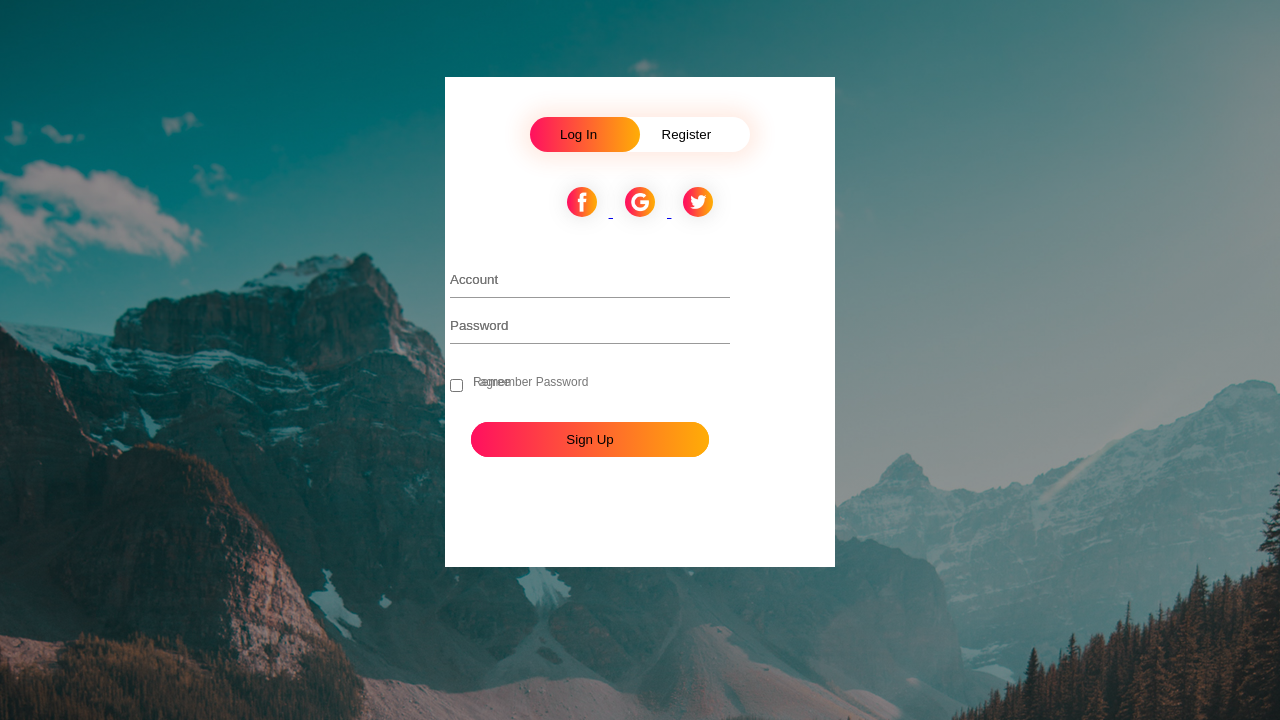
Repository: dung8466/Sign_in_page
Page: index.html
The author's editor kept a copy of each file at every save. The page is drawn from the files as they stood at one save, then again after the next save.
The browser window is 1280 px wide. The pictures show the whole page.

Above is the page before, as saved 2021-10-06 22:43:29.

After the next save:
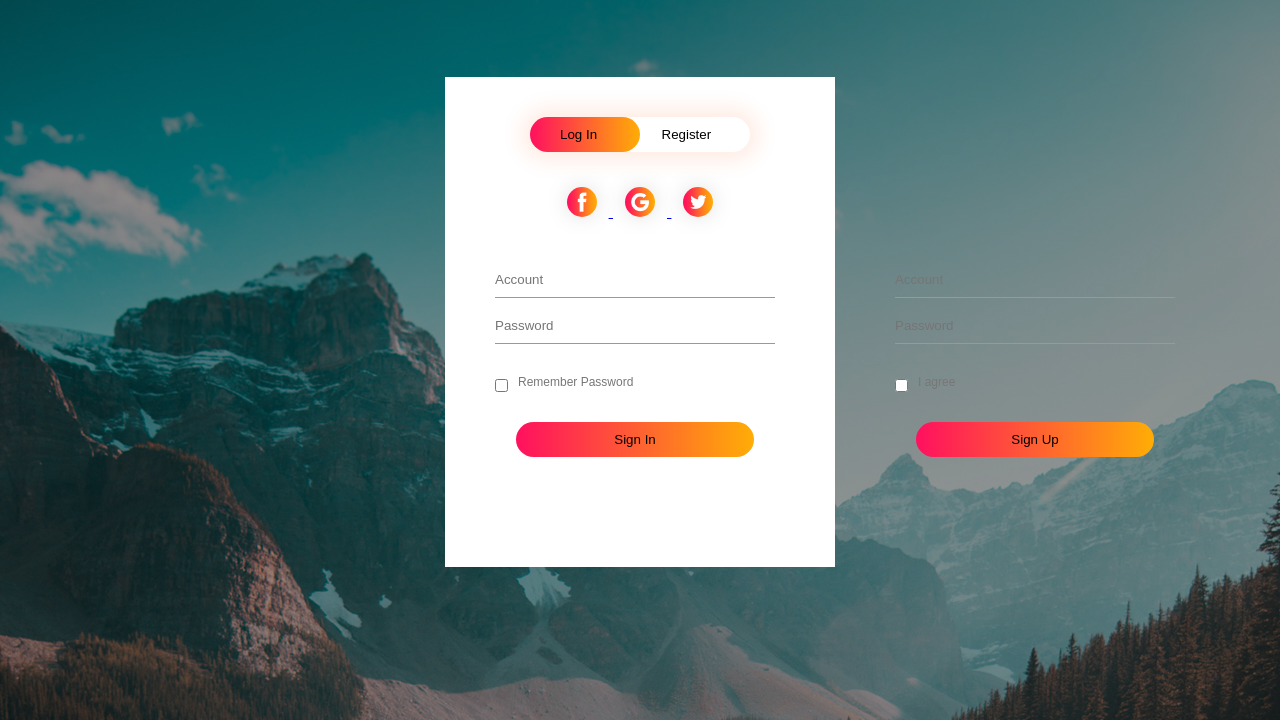
Saved 110 s later.
--- a/style.css
+++ b/style.css
@@ -103,3 +103,11 @@
     bottom: 68px;
     position: absolute;
 }
+
+#signin{
+    left: 50px;
+}
+
+#register{
+    left: 450px;
+}
